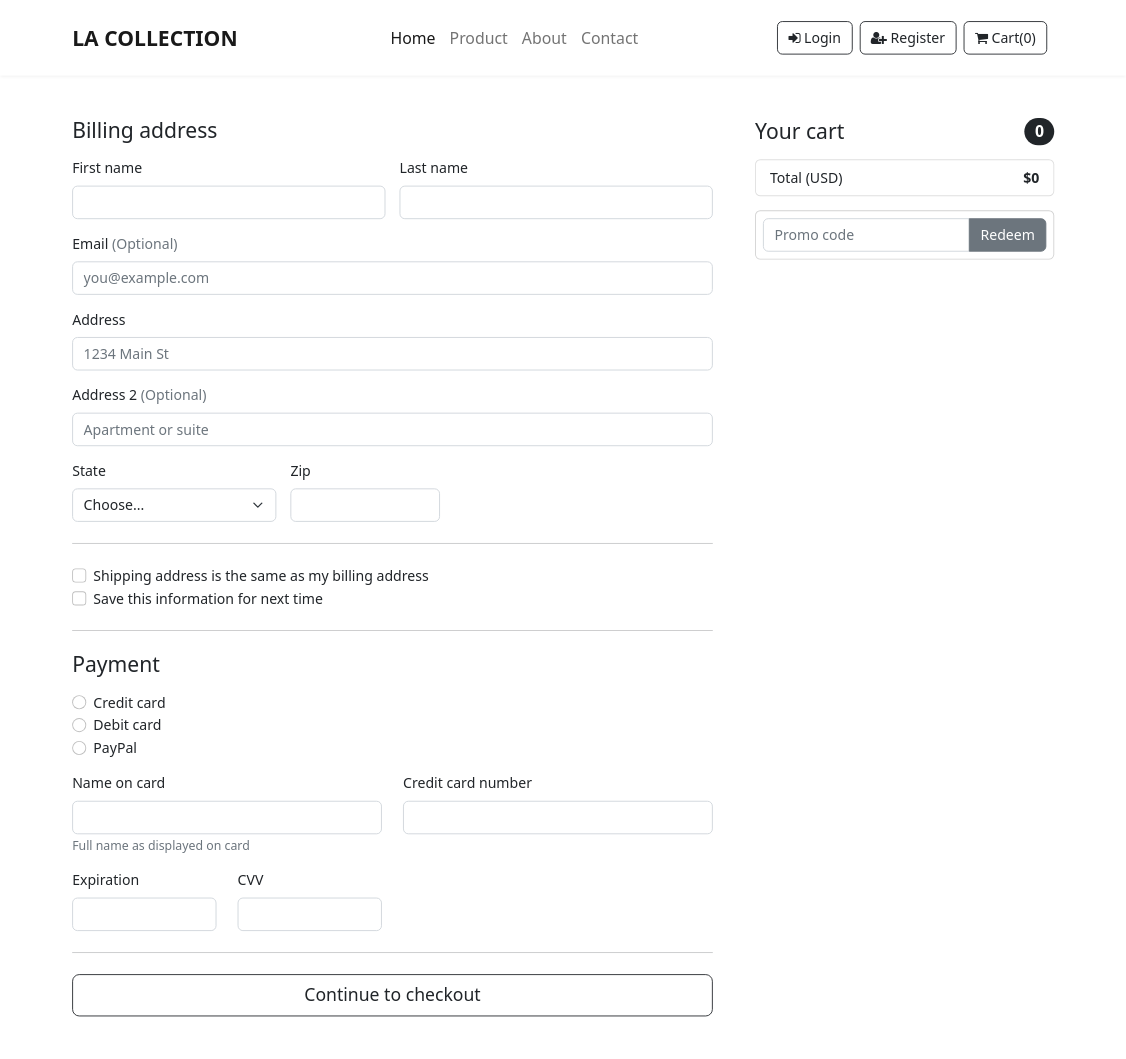
Repository: tiendungjr123/Ecommerce
Page: /checkout
These files come from the project's save history. The page is drawn as it stood at one moment and after the next save; the edit follows.
The browser window is 1280 px wide. The pictures show the whole page, at 88% of full size.
The project was rebuilt for these pictures with package versions that can differ from the ones it lists, and the page was loaded fresh each time. Also part of the build but not shown: src/components/Products.jsx, src/components/Home.jsx, src/redux/action/index.js, src/components/ProductDetail.jsx, src/components/About.jsx, src/components/Contact.jsx, src/components/Cart.jsx.

Above is the page before, as saved 2022-10-04 21:14:51.

### src/index.js
import React from 'react';
import ReactDOM from 'react-dom/client';
import './index.css';
import App from './App';
import '../node_modules/bootstrap/dist/css/bootstrap.min.css';
import '../node_modules/bootstrap/dist/js/bootstrap.min.js';
import '../node_modules/font-awesome/css/font-awesome.min.css';
import 'react-loading-skeleton/dist/skeleton.css'
import 'react-notifications/lib/notifications.css';
import { BrowserRouter } from 'react-router-dom';
import store from './redux/store';
import { Provider } from 'react-redux';
const root = ReactDOM.createRoot(document.getElementById('root'));
root.render(
   <BrowserRouter>
      <Provider store={store}>
         <App />
      </Provider>
   </BrowserRouter>
);

### src/index.css
body {
   margin: 0;
   font-family: -apple-system, BlinkMacSystemFont, "Segoe UI", "Roboto", "Oxygen", "Ubuntu", "Cantarell", "Fira Sans",
      "Droid Sans", "Helvetica Neue", sans-serif;
   -webkit-font-smoothing: antialiased;
   -moz-osx-font-smoothing: grayscale;
}

code {
   font-family: source-code-pro, Menlo, Monaco, Consolas, "Courier New", monospace;
}

### src/App.js
import './App.css';
import Home from './components/Home';
import Navbar from './components/Navbar';
import {Route,  Routes} from 'react-router-dom';
import Products from './components/Products';
import ProductDetail from './components/ProductDetail';
import About from './components/About';
import Contact from './components/Contact';
import Cart from './components/Cart';
import Checkout from './components/Checkout';
function App() {
   return (
      <>
         <Navbar/>
         <Routes>
            <Route exact path='/' element={<Home/>}/>
            <Route exact path='/products' element={<Products/>}/>
            <Route exact path='/products/:id' element={<ProductDetail/>}/>
            <Route exact path='/about' element={<About/>}/>
            <Route exact path='/contact' element={<Contact/>}/>
            <Route exact path='/cart' element={<Cart/>}/>
            <Route exact path='/checkout' element={<Checkout/>}/>
         </Routes>
      </>
   );
}

export default App;

### src/redux/store.js
import { createStore } from "redux";
import rootReducers from "./reducer";
const store = createStore(rootReducers);

export default store;

### src/App.css
/* Navbar css */

.navbar-nav a{
   font-size: 18px;
}

/* Card css*/

.card{
   transition: all 0.5s ease;
}

.card:hover{
   transform: scale(1);
   box-shadow: 5px 5px 10px rgba(0, 0, 0, 0.5);
}

/* Product detail */
.img-detail{
   transition: all 0.5s ease;
}
.img-detail:hover{
   transform: scale(1.1);
   box-shadow: 5px 5px 10px rgba(0, 0, 0, 0.5);
}

### src/components/Navbar.jsx
import React, { useState } from 'react';
import { NavLink } from 'react-router-dom';
import { useSelector } from 'react-redux';
import Login from './Login';
import Register from './Register';
const Navbar = () => {
   const state = useSelector((state) => state.handleCart);
   return (
      <div>
         <nav className="navbar navbar-expand-lg bg-white py-3 shadow-sm">
            <div className="container">
               <NavLink className="navbar-brand fw-bold fs-4" to="/">LA COLLECTION</NavLink>
               <button className="navbar-toggler" type="button" data-bs-toggle="collapse" data-bs-target="#navbarSupportedContent" aria-controls="navbarSupportedContent" aria-expanded="false" aria-label="Toggle navigation">
                  <span className="navbar-toggler-icon"></span>
               </button>
               <div className="collapse navbar-collapse" id="navbarSupportedContent">
                  <ul className="navbar-nav mx-auto mb-2 mb-lg-0">
                     <li className="nav-item">
                        <NavLink className="nav-link active" aria-current="page" to="/">Home</NavLink>
                     </li>
                     <li className="nav-item">
                        <NavLink className="nav-link" to="/products">Product</NavLink>
                     </li>
                     <li className="nav-item">
                        <NavLink className="nav-link" to="/about">About</NavLink>
                     </li>
                     <li className="nav-item">
                        <NavLink className="nav-link" to="/contact">Contact</NavLink>
                     </li>
                  </ul>
               </div>
               <Login />
               <Register/>
               <NavLink to="/cart" className='btn btn-outline-dark m-2'>
                  <i className='fa fa-shopping-cart me-1'></i>Cart({state.length})
               </NavLink>
            </div>
         </nav>
      </div>
   );
}

export default Navbar;

### src/components/Checkout.jsx
import React from 'react';
import { useSelector } from 'react-redux';

const Checkout = () => {
   const state = useSelector((state) => state.handleCart);
   var total = 0;
   const productList = (product) =>{
      total = total + product.price;
      return (
         <li className='list-group-item d-flex justify-content-between lh-sm'>
            <div>
               <h6 className='my-0'>{product.title}</h6>
            </div>
            <span className='text-muted'>${product.price}</span>
         </li>
      )
   }
   return (
      <div className='container my-5'>
         <div className="row g-5">
            <div className="col-md-5 col-lg-4 order-md-last">
               <h4 className="d-flex justify-content-between align-items-center mb-3">
                  <span >Your cart</span>
                  <span className="badge bg-dark rounded-pill">{state.length}</span>
               </h4>
               <ul className="list-group mb-3">
                  {state.map(productList)}
                  <li className="list-group-item d-flex justify-content-between">
                     <span>Total (USD)</span>
                     <strong>${total}</strong>
                  </li>
               </ul>

               <form className="card p-2">
                  <div className="input-group">
                     <input type="text" className="form-control" placeholder="Promo code" />
                     <button type="submit" className="btn btn-secondary">Redeem</button>
                  </div>
               </form>
            </div>
            <div className="col-md-7 col-lg-8">
               <h4 className="mb-3">Billing address</h4>
               <form className="needs-validation" novalidate="">
                  <div className="row g-3">
                     <div className="col-sm-6">
                        <label htmlFor="firstName" className="form-label">First name</label>
                        <input type="text" className="form-control" id="firstName" placeholder="" value="" required="" />
                        <div className="invalid-feedback">
                           Valid first name is required.
                        </div>
                     </div>

                     <div className="col-sm-6">
                        <label htmlFor="lastName" className="form-label">Last name</label>
                        <input type="text" className="form-control" id="lastName" placeholder="" value="" required="" />
                        <div className="invalid-feedback">
                           Valid last name is required.
                        </div>
                     </div>



                     <div className="col-12">
                        <label htmlFor="email" className="form-label">Email <span className="text-muted">(Optional)</span></label>
                        <input type="email" className="form-control" id="email" placeholder="you@example.com" />
                        <div className="invalid-feedback">
                           Please enter a valid email address for shipping updates.
                        </div>
                     </div>

                     <div className="col-12">
                        <label htmlFor="address" className="form-label">Address</label>
                        <input type="text" className="form-control" id="address" placeholder="1234 Main St" required="" />
                        <div className="invalid-feedback">
                           Please enter your shipping address.
                        </div>
                     </div>

                     <div className="col-12">
                        <label htmlFor="address2" className="form-label">Address 2 <span className="text-muted">(Optional)</span></label>
                        <input type="text" className="form-control" id="address2" placeholder="Apartment or suite" />
                     </div>



                     <div className="col-md-4">
                        <label htmlFor="state" className="form-label">State</label>
                        <select className="form-select" id="state" required="">
                           <option value="">Choose...</option>
                           <option>California</option>
                        </select>
                        <div className="invalid-feedback">
                           Please provide a valid state.
                        </div>
                     </div>

                     <div className="col-md-3">
                        <label htmlFor="zip" className="form-label">Zip</label>
                        <input type="text" className="form-control" id="zip" placeholder="" required="" />
                        <div className="invalid-feedback">
                           Zip code required.
                        </div>
                     </div>
                  </div>
                  <hr className="my-4" />
                  <div className="form-check">
                     <input type="checkbox" className="form-check-input" id="same-address" />
                     <label className="form-check-label" htmlFor="same-address">Shipping address is the same as my billing address</label>
                  </div>
                  <div className="form-check">
                     <input type="checkbox" className="form-check-input" id="save-info" />
                     <label className="form-check-label" htmlFor="save-info">Save this information for next time</label>
                  </div>
                  <hr className="my-4" />
                  <h4 className="mb-3">Payment</h4>
                  <div className="my-3">
                     <div className="form-check">
                        <input id="credit" name="paymentMethod" type="radio" className="form-check-input" checked="" required="" />
                        <label className="form-check-label" htmlFor="credit">Credit card</label>
                     </div>
                     <div className="form-check">
                        <input id="debit" name="paymentMethod" type="radio" className="form-check-input" required="" />
                        <label className="form-check-label" htmlFor="debit">Debit card</label>
                     </div>
                     <div className="form-check">
                        <input id="paypal" name="paymentMethod" type="radio" className="form-check-input" required="" />
                        <label className="form-check-label" htmlFor="paypal">PayPal</label>
                     </div>
                  </div>
                  <div className="row gy-3">
                     <div className="col-md-6">
                        <label htmlFor="cc-name" className="form-label">Name on card</label>
                        <input type="text" className="form-control" id="cc-name" placeholder="" required="" />
                        <small className="text-muted">Full name as displayed on card</small>
                        <div className="invalid-feedback">
                           Name on card is required
                        </div>
                     </div>

                     <div className="col-md-6">
                        <label htmlFor="cc-number" className="form-label">Credit card number</label>
                        <input type="text" className="form-control" id="cc-number" placeholder="" required="" />
                        <div className="invalid-feedback">
                           Credit card number is required
                        </div>
                     </div>

                     <div className="col-md-3">
                        <label htmlFor="cc-expiration" className="form-label">Expiration</label>
                        <input type="text" className="form-control" id="cc-expiration" placeholder="" required="" />
                        <div className="invalid-feedback">
                           Expiration date required
                        </div>
                     </div>

                     <div className="col-md-3">
                        <label htmlFor="cc-cvv" className="form-label">CVV</label>
                        <input type="text" className="form-control" id="cc-cvv" placeholder="" required="" />
                        <div className="invalid-feedback">
                           Security code required
                        </div>
                     </div>
                  </div>
                  <hr className="my-4" />
                  <button className="w-100 btn btn-outline-dark btn-lg" type="submit">Continue to checkout</button>
               </form>
            </div>
         </div>
      </div>
   );
}

export default Checkout;

### src/redux/reducer/index.js
import handleCart from "./handleCart";
import { combineReducers } from "redux";

const rootReducers =  combineReducers({
   handleCart,
})

export default rootReducers;

### src/components/Login.jsx
import React from 'react';

const Login = () => {
   return (
      <>
         <button type="button" className="btn btn-outline-dark ms-auto" data-bs-toggle="modal" data-bs-target="#loginModal">
            <i className='fa fa-sign-in me-1' />Login
         </button>
         <div className="modal fade" id="loginModal" tabIndex="-1" aria-labelledby="loginModalLabel" aria-hidden="true">
            <div className="modal-dialog">
               <div className="modal-content">
                  <div className="modal-header">
                     <h1 className="modal-title fs-5 fw-bold" id="loginModalLabel">Login</h1>
                     <button type="button" className="btn-close" data-bs-dismiss="modal" aria-label="Close"></button>
                  </div>
                  <div className="modal-body">
                     <button className='btn btn-dark w-100 mb-2'>
                        <i className='fa fa-google me-2'></i>Sign in With Google
                     </button>
                     <button className='btn btn-dark w-100 mb-2'>
                        <i className='fa fa-facebook me-2'></i>Sign in With Facebook
                     </button>
                     <form>
                        <div class="mb-3">
                           <label htmlFor="exampleInputEmail1" class="form-label">Email address</label>
                           <input type="email" class="form-control" id="exampleInputEmail1" aria-describedby="emailHelp"/>
                              <div id="emailHelp" class="form-text">We'll never share your email with anyone else.</div>
                        </div>
                        <div class="mb-3">
                           <label htmlFor="exampleInputPassword1" class="form-label">Password</label>
                           <input type="password" class="form-control" id="exampleInputPassword1"/>
                        </div>
                        <div class="mb-3 form-check">
                           <input type="checkbox" class="form-check-input" id="exampleCheck1"/>
                              <label class="form-check-label" htmlFor="exampleCheck1">Check me out</label>
                        </div>
                        <button type="submit" class="btn btn-outline-dark w-100">Submit</button>
                     </form>
                  </div>
               </div>
            </div>
         </div>
      </>
   );
}

export default Login;

### src/components/Register.jsx
import React from 'react';

const Register = () => {
   return (
      <>
         <button type="button" class="btn btn-outline-dark ms-2" data-bs-toggle="modal" data-bs-target="#registerModal">
            <i className='fa fa-user-plus me-1'></i>Register
         </button>
         <div className="modal fade" id="registerModal" tabIndex="-1" aria-labelledby="registerModalLabel" aria-hidden="true">
            <div className="modal-dialog">
               <div className="modal-content">
                  <div className="modal-header">
                     <h1 className="modal-title fs-5 fw-bold" id="registerModalLabel">Register</h1>
                     <button type="button" className="btn-close" data-bs-dismiss="modal" aria-label="Close"></button>
                  </div>
                  <div className="modal-body">
                     <button className='btn btn-dark w-100 mb-2'>
                        <i className='fa fa-google me-2'></i>Sign up With Google
                     </button>
                     <button className='btn btn-dark w-100 mb-2'>
                        <i className='fa fa-facebook me-2'></i>Sign up With Facebook
                     </button>
                     <form>
                        <div class="mb-3">
                           <label htmlFor="exampleInput" class="form-label">User Name</label>
                           <input type="text" class="form-control" id="exampleInput" aria-describedby="emailHelp" />
                        </div>
                        <div class="mb-3">
                           <label htmlFor="exampleInputEmail1" class="form-label">Email address</label>
                           <input type="email" class="form-control" id="exampleInputEmail1" aria-describedby="emailHelp" />
                           <div id="emailHelp" class="form-text">We'll never share your email with anyone else.</div>
                        </div>
                        <div class="mb-3">
                           <label htmlFor="exampleInputPassword1" class="form-label">Password</label>
                           <input type="password" class="form-control" id="exampleInputPassword1" />
                        </div>
                        <button type="submit" class="btn btn-outline-dark w-100">Submit</button>
                     </form>
                  </div>
               </div>
            </div>
         </div>
      </>
   );
}

export default Register;

### src/redux/reducer/handleCart.js
const cart = [];

const handleCart = (state = cart, action) => {
   const product = action.payload;
   switch (action.type) {
      case 'cart/addProduct':
         const exist = state.find((x) => x.id === product.id);
         if (exist) {
            return state.map((x) => x.id === product.id ? { ...x, qty: x.qty + 1 } : x)
         }else{
            const product = action.payload;
            return [
               ...state,
               {
                  ...product,
                  qty: 1,
               }
            ]
         }
         break;
      case 'cart/deleteProduct':
         const exist1 = state.find((x) => x.id === product.id);
         if(exist1.qty === 1){
            return state.filter((x) => x.id !== exist1.id)
         }
         else{
            return state.map((x) =>
               x.id === product.id ? {...x, qty: x.qty-1}:x
            );
         }
         break;
      default:
         return state;
   }
}

export default handleCart;

Loaded but not shown: public/index.html (common file)

After the next save:
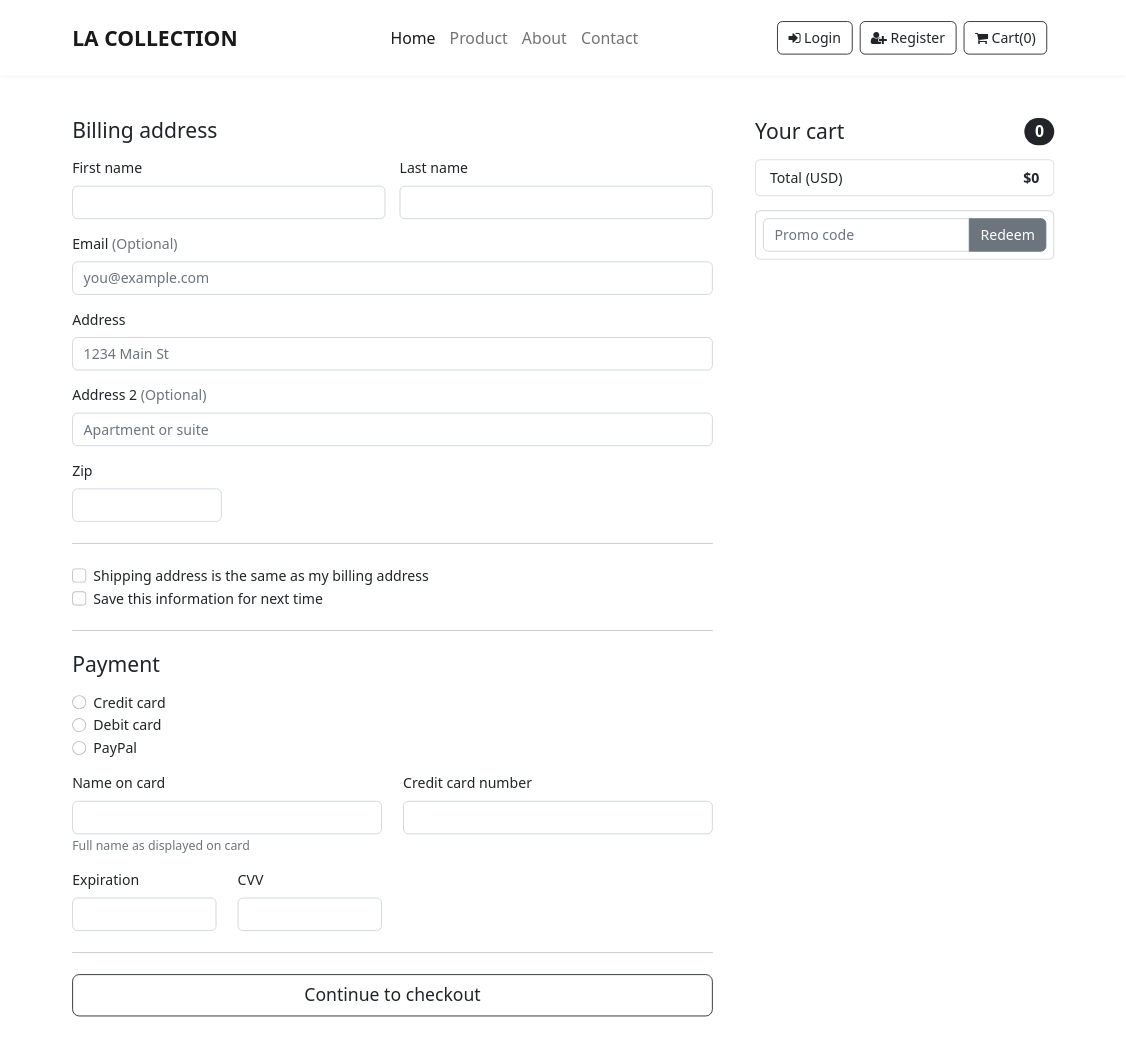
Saved 15 s later.
--- a/src/components/Checkout.jsx
+++ b/src/components/Checkout.jsx
@@ -83,16 +83,7 @@ const Checkout = () => {
 
 
 
-                     <div className="col-md-4">
-                        <label htmlFor="state" className="form-label">State</label>
-                        <select className="form-select" id="state" required="">
-                           <option value="">Choose...</option>
-                           <option>California</option>
-                        </select>
-                        <div className="invalid-feedback">
-                           Please provide a valid state.
-                        </div>
-                     </div>
+
 
                      <div className="col-md-3">
                         <label htmlFor="zip" className="form-label">Zip</label>
